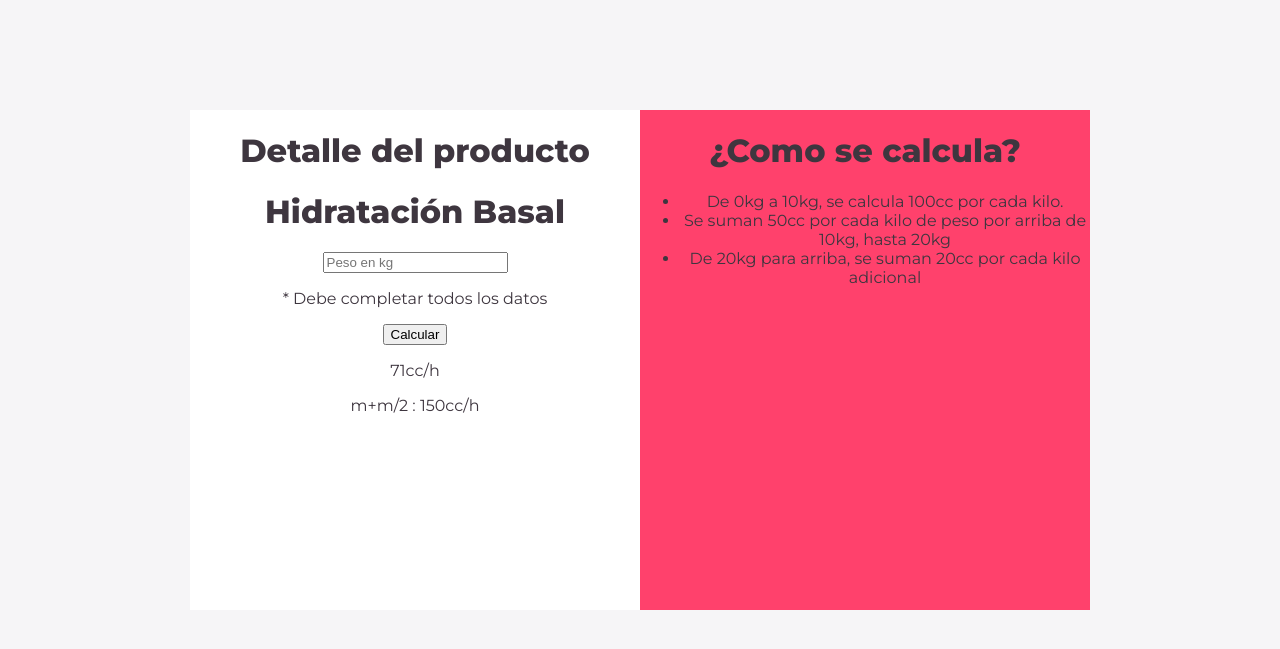
Repository: Fredy452/calculadora_basal
Page: index.html
The author's editor kept a copy of each file at every save. The page is drawn from the files as they stood at one save, then again after the next save.
The browser window is 1280 px wide. The pictures show the whole page.

Above is the page before, as saved 2023-04-21 07:36:17.

After the next save:
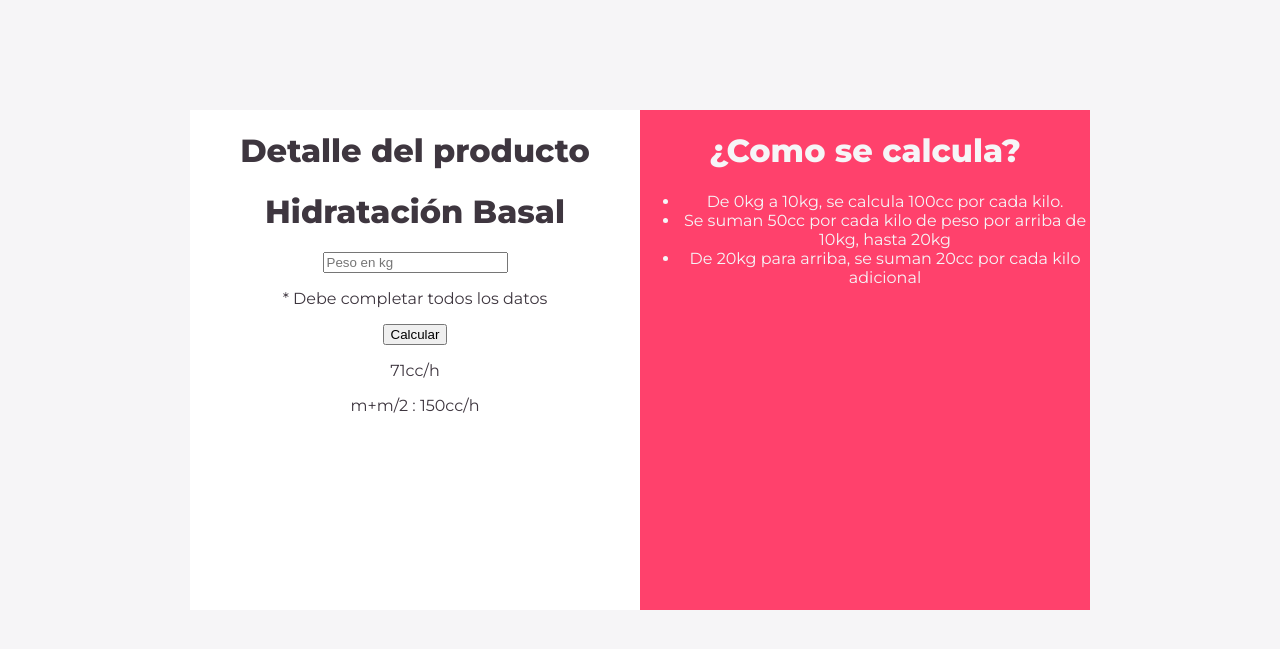
Saved 22 s later.
--- a/style.css
+++ b/style.css
@@ -24,4 +24,5 @@ body{
     width: 50%;
     height: 100%;
     float: left;
+    color: #f6f5f7;
 }
